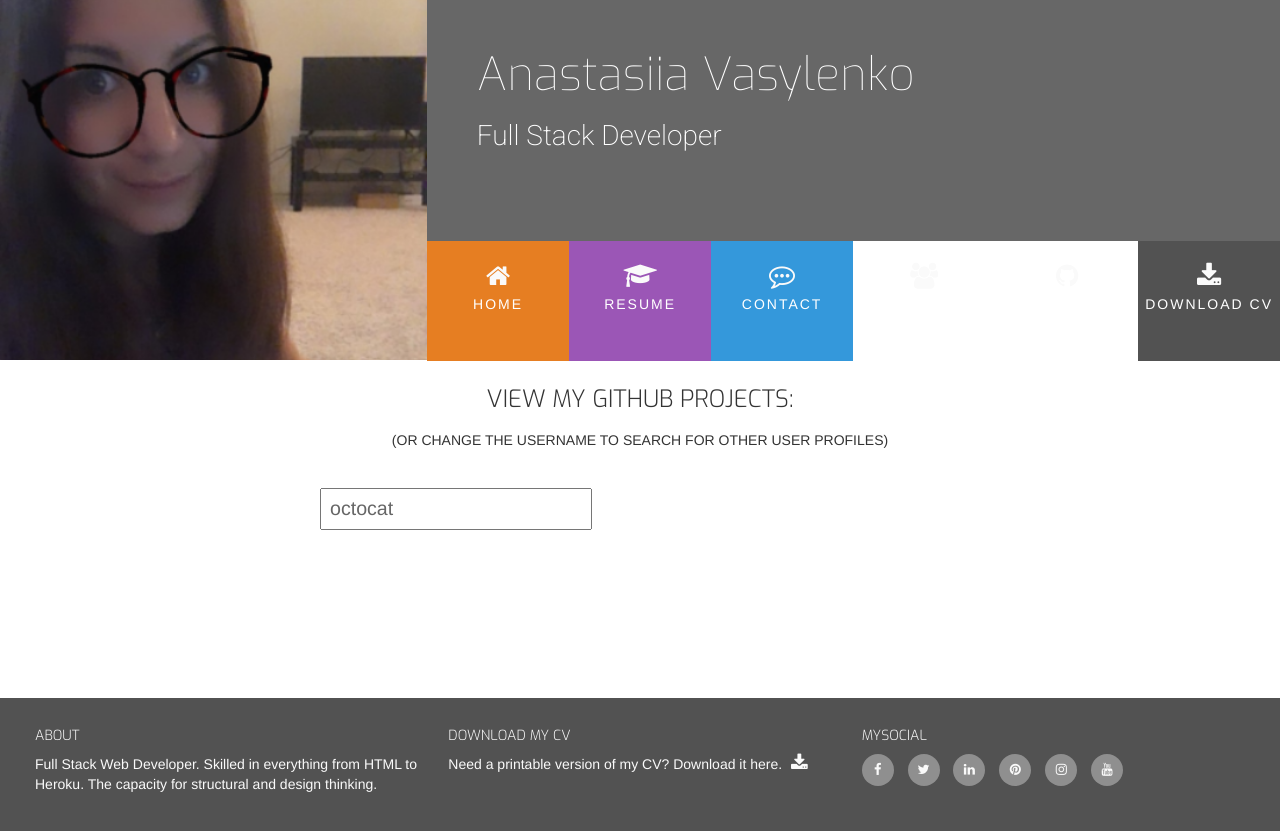
Repository: aavasylenko/myresume
Page: github.html
The author's editor kept a record of every edit. The page is drawn from the files as they stood at one moment, then again after the next edit.
The browser window is 1280 px wide. The pictures show the whole page.
The page's requests for data from a server got no answer. Some web libraries are served in a nearby version.

Above is the page before.

### github.html
<!DOCTYPE html>
<html lang="en-US">

<head>
    <meta charset="utf-8">
    <meta name="viewport" content="width=device-width, initial-scale=1">
    <title>Anastasiia Vasylenko</title>

    <link rel="stylesheet" href="https://maxcdn.bootstrapcdn.com/bootstrap/3.3.7/css/bootstrap.min.css" type="text/css" />
    <link rel="stylesheet" href="https://maxcdn.bootstrapcdn.com/font-awesome/4.7.0/css/font-awesome.min.css" type="text/css" />
    <link rel="stylesheet" href="https://cdnjs.cloudflare.com/ajax/libs/hover.css/2.1.1/css/hover-min.css" type="text/css" />
    <link rel="stylesheet" href="assets/css/github-styles.css" type="text/css">
    <link rel="stylesheet" href="assets/css/style.css" type="text/css" />

    <script src="https://ajax.googleapis.com/ajax/libs/jquery/3.2.1/jquery.min.js"></script>
</head>

<body>
    <header class="container-fluid">
        <div class="row">
            <a href="index.html">
                <div class="col-md-4 logo"></div>
            </a>
            <div class="col-md-8">
                <div class="row bg-color-name-title">
                    <div class="heading">
                        <h1 class="name">Anastasiia Vasylenko</h1>
                        <h2 class="title"> Full Stack Developer</h2>
                    </div>
                </div>
                <div class="row">
                    <ul id="nav" class="list-inline clearfix">
                        <li class="col-xs-6 col-sm-2 ui-menu-color-home menuitem">
                            <a href="index.html" class="hvr-sweep-to-bottom"><i class="fa fa-home" aria-hidden="true"></i><span>Home</span></a>
                        </li>
                        <li class="col-xs-6 col-sm-2 ui-menu-color-resume menuitem">
                            <a href="resume.html" class="hvr-sweep-to-bottom"><i class="fa fa-graduation-cap" aria-hidden="true"></i><span>Resume</span></a>
                        </li>
                        <li class="col-xs-6 col-sm-2 ui-menu-color-contact menuitem">
                            <a href="contact.html" class="hvr-sweep-to-bottom"><i class=" fa fa-commenting-o" aria-hidden="true"></i><span>Contact</span></a>
                        </li>
                        <li class="col-xs-6 col-sm-2 ui-menu-color-interests menuitem">
                            <a href="interests.html" class="hvr-sweep-to-bottom"><i class="fa fa-users" aria-hidden="true"></i><span>Interests</span></a>
                        </li>
                        <li class="col-xs-6 col-sm-2 ui-menu-color-github menuitem">
                            <a href="github.html" class="hvr-sweep-to-bottom"><i class="fa fa-github" aria-hidden="true"></i><span>GitHub</span></a>
                        </li>
                        <li class="col-xs-6 col-sm-2 ui-menu-color-download menuitem">
                            <a href="assets/cv/sample-cv.pdf" target="_blank" class="hvr-sweep-to-bottom"><i class="fa fa-download" aria-hidden="true"></i><span>Download CV</span></a>
                        </li>
                    </ul>
                </div>
            </div>
        </div>
    </header>
    <section class="container-fluid">
        <div class="row bg-color-contact">
            <div>
                <h3 class="contact-heading uppercase text-center">View My GitHub Projects:</h3>
                <h5 class="uppercase text-center">(or change the username to search for other user profiles)</h5>
            </div>

            <div class="center-form">
                <input type="text" id="gh-username" value="octocat" oninput="fetchGitHubInformation()">
                <div id="gh-user-data" class="clearfix"></div>
                <div id="gh-repo-data" class="clearfix"></div>
            </div>
        </div>
    </section>
    <footer class="container-fluid">
        <div id="footer-details" class="row">
            <div class="col-sm-4">
                <h5 class="uppercase general-sub">About</h5>
                <p class="inline-block">
                    Full Stack Web Developer. Skilled in everything from HTML to Heroku. The capacity for structural and design thinking.
                </p>
            </div>
            <div class="col-sm-4">
                <h5 class="uppercase general-sub">Download My CV</h5>
                <p class="inline-block">
                    Need a printable version of my CV? Download it here.
                    <a href="assets/cv/cv.pdf" target="_blank" class="cv-pdf"><i class="fa fa-download" aria-hidden="true"></i></a>
                </p>
            </div>
            <div class="col-sm-4">
                <h5 class="uppercase general-sub">MySocial</h5>
                <ul class="list-inline social-links">
                    <li><a target="_blank" href="#"><i class="fa fa-facebook"></i></a></li>
                    <li><a target="_blank" href="#"><i class="fa fa-twitter"></i></a></li>
                    <li><a target="_blank" href="#"><i class="fa fa-linkedin"></i></a></li>
                    <li><a target="_blank" href="#"><i class="fa fa-pinterest"></i></a></li>
                    <li><a target="_blank" href="#"><i class="fa fa-instagram"></i></a></li>
                    <li><a target="_blank" href="#"><i class="fa fa-youtube"></i></a></li>
                </ul>
            </div>
        </div>
    </footer>
</body>

</html>

### assets/css/github-styles.css
@import url('http://fonts.googleapis.com/css?family=Roboto');

br {
  display: block;
  line-height: 1.6em;
}



ol,
ul {
  list-style: none;
}

input,
textarea {
  -webkit-font-smoothing: antialiased;
  -webkit-text-size-adjust: 100%;
  -ms-text-size-adjust: 100%;
  -webkit-box-sizing: border-box;
  -moz-box-sizing: border-box;
  box-sizing: border-box;
  outline: none;
}

blockquote,
q {
  quotes: none;
}

blockquote:before,
blockquote:after,
q:before,
q:after {
  content: '';
  content: none;
}

strong,
b {
  font-weight: bold;
}

table {
  border-collapse: collapse;
  border-spacing: 0;
}

img {
  border: 0;
  max-width: 100%;
}



/* page structure */

#search-area {
  display: block;
  max-width: 70%;
  margin: 0 auto;
  background: #fff;
  padding: 15px 25px;
  -webkit-box-shadow: 1px 2px 3px -1px rgba(0, 0, 0, 0.4);
  -moz-box-shadow: 1px 2px 3px -1px rgba(0, 0, 0, 0.4);
  box-shadow: 1px 2px 3px -1px rgba(0, 0, 0, 0.4);
  -webkit-border-radius: 4px;
  -moz-border-radius: 4px;
  border-radius: 4px;
}

#gh-api-data {
  display: block;
  padding: 25px 0;
}

#loader {
  display: block;
  width: 200px;
  height: 200px;
  margin: 0 auto;
}


/* page content styles */

.small-name {
  font-size: 0.75em;
  color: #a9a9a9;
  font-style: italic;
}

.avi {
  float: left;
  margin-right: 7px;
  margin-bottom: 7px;
}

.avi img {
  border: 1px solid #ccc;
  padding: 3px;
}

.repo-list {
  display: block;
  clear: both;
  width: 100%;
}

.repo-list ul {
  font-size: 1.2em;
}

.repo-list ul li {
  display: block;
}

.repo-list ul li a {
  font-weight: bold;
  padding: 6px 9px;
  display: block;
  float: left;
  margin-right: 10px;
  margin-bottom: 10px;
  text-decoration: none;
  border: 1px solid #356492;
  -webkit-border-radius: 3px;
  -moz-border-radius: 3px;
  border-radius: 3px;
  color: #fff;
  background-color: #3673af;
  background-image: -webkit-gradient(linear, left top, left bottom, from(#5597d8), to(#3673af));
  background-image: -webkit-linear-gradient(top, #5597d8, #3673af);
  background-image: -moz-linear-gradient(top, #5597d8, #3673af);
  background-image: -ms-linear-gradient(top, #5597d8, #3673af);
  background-image: -o-linear-gradient(top, #5597d8, #3673af);
  background-image: linear-gradient(top, #5597d8, #3673af);
}

.repo-list ul li a:hover {
  background-color: #396895;
  background-image: -webkit-gradient(linear, left top, left bottom, from(#4b87c2), to(#396895));
  background-image: -webkit-linear-gradient(top, #4b87c2, #396895);
  background-image: -moz-linear-gradient(top, #4b87c2, #396895);
  background-image: -ms-linear-gradient(top, #4b87c2, #396895);
  background-image: -o-linear-gradient(top, #4b87c2, #396895);
  background-image: linear-gradient(top, #4b87c2, #396895);
}

.repo-list ul li a:active {
  -webkit-box-shadow: inset 0 3px 5px rgba(0, 0, 0, 0.25);
  -moz-box-shadow: inset 0 3px 5px rgba(0, 0, 0, 0.25);
  box-shadow: inset 0 3px 5px rgba(0, 0, 0, 0.25);
}

.repo-list ul li a span {
  font-family: "Courier New", Courier, "Lucida Typewriter", monospace;
  font-size: 0.9em;
}

/* input field */

#gh-username {
  display: block;
  padding: 5px 8px;
  font-size: 1.4em;
  color: #666;
  max-width: 550px;
  margin-bottom: 15px;
}

#gh-submit {
  display: inline-block;
  padding: 8px 18px;
  font-size: 14px;
  font-weight: bold;
  color: #444;
  text-decoration: none;
  text-shadow: 0 1px 0 rgba(255, 255, 255, 0.8);
  background-color: #eaeaea;
  background-image: -webkit-linear-gradient(#fafafa, #eaeaea);
  background-image: -moz-linear-gradient(#fafafa, #eaeaea);
  background-image: -ms-linear-gradient(top, #fafafa, #eaeaea);
  background-image: -o-linear-gradient(top, #fafafa, #eaeaea);
  background-image: linear-gradient(#fafafa, #eaeaea);
  border-radius: 3px;
  border: 1px solid #ddd;
  border-bottom-color: #c5c5c5;
  -webkit-box-shadow: 0 1px 3px rgba(0, 0, 0, 0.05);
  -moz-box-shadow: 0 1px 3px rgba(0, 0, 0, 0.05);
  box-shadow: 0 1px 3px rgba(0, 0, 0, 0.05);
}

#gh-submit:hover {
  background-color: #dadada;
  background-image: -webkit-linear-gradient(#eaeaea, #dadada);
  background-image: -moz-linear-gradient(#eaeaea, #dadada);
  background-image: -ms-linear-gradient(top, #eaeaea, #dadada);
  background-image: -o-linear-gradient(top, #eaeaea, #dadada);
  background-image: linear-gradient(#eaeaea, #dadada);
  border-color: #ccc #ccc #b5b5b5;
}

#gh-submit:active {
  background-color: #dadada;
  background-image: none;
  border-color: #b5b5b5;
  -webkit-box-shadow: inset 0 3px 5px rgba(0, 0, 0, 0.25);
  -moz-box-shadow: inset 0 3px 5px rgba(0, 0, 0, 0.25);
  box-shadow: inset 0 3px 5px rgba(0, 0, 0, 0.25);
}

### assets/css/style.css
@import url('https://fonts.googleapis.com/css?family=Roboto:100,200,300,400,500,600,700|Exo:100,200,300,400,500,600,700');

/*----------------------------Colors */

.bg-color-name-title {
    background-color: #676767;
}

.bg-color-three-reasons {
    background-color: #fff;

}

.bg-color-personal-info {
    background-color: #f4f4f4;
}

.bg-color-work-history {
    background-color: #9b56b6;
}

.bg-color-contact {
    background-color: #fff
}

.ui-menu-color-home {
    background-color: #e67e22;
}

.ui-menu-color-resume {
    background-color: #9b56b6;
}

.ui-menu-color-contact {
    background-color: #3498db;
}

.ui-menu-color-download {
    background-color: #525252;
}

/*----------------------------Special paddings/margins/text */

h1,
h2,
h3,
h4 {
    margin: 0;
}

.uppercase {
    text-transform: uppercase;
}

.general-sub {
    font-family: "Exo", sans-serif;
    font-weight: 300;
    color: #fafafa;
}

.inline-block {
    display: inline-block;
}

.row-table {
    display: table;
}

.section-column {
    display: table-cell;
    padding: 0 30px 30px;
    float: none;
}

.history-heading,
.section-heading {
    font-family: "Exo", sans-serif;
    font-weight: 300;
    margin-top: 25px;
    margin-bottom: 40px;
}

/*----------------------------Heading */

header {
    margin: 0;
}

.heading {
    margin-left: 50px;
}

.logo {
    background: url("../images/avatar.jpg");
    background-position: center;
    background-repeat: no-repeat;
    background-size: cover;
    min-height: 360px;
    transition: all .5s ease-in-out;
    -moz-transition: all .5s ease-in-out;
    -webkit-transition: all .5s ease-in-out;
}

.name {
    font-family: "Exo", sans-serif;
    font-weight: 100;
    font-size: 46px;
    margin-top: 50px;
    color: #fff;
}

.title {
    font-family: "Roboto", sans-serif;
    font-weight: 200;
    font-size: 28px;
    margin-top: 20px;
    margin-bottom: 90px;
    color: #fff;
}

.list-inline-item:not(:last-child) {
    margin: 0;
}

.menucontainer {
    font-size: 0;
}

#nav {
    margin: 0;
}

#nav li {
    font-size: 14px;
    padding: 0;
}

.menuitem {
    height: 120px;
    text-align: center;
    padding: 0;
}

.menuitem a {
    width: 100%;
    text-decoration: none;
    color: #fff;
    height: 120px;
}

.menuitem a i {
    padding-top: 22px;
    display: block;
    color: #fafafa;
    font-size: 26px;
}

.menuitem span {
    display: block;
    width: 100%;
    padding-top: 5px;
    text-align: center;
    text-transform: uppercase;
    font-size: 14px;
    font-weight: 300;
    letter-spacing: 2px;
}

/*----------------------------Hover.css */

.hvr-sweep-to-bottom:before {
    background-color: rgba(0, 0, 0, 0.2);
    height: 120px;
}

/*----------------------------Footer */

footer {
    background-color: #525252;
    color: #fafafa;
    min-height: 120px;
    margin: 0;
}

.cv-pdf i {
    font-size: 18px;
    color: #fafafa;
    text-align: center;
    padding-left: 5px;
    transition: all 0.35s ease-in-out;
    -moz-transition: all 0.35s ease-in-out;
    -webkit-transition: all 0.35s ease-in-out;
    -o-transition: all 0.35s ease-in-out;
}

.cv-pdf i:hover {
    color: #e84610;
}

.social-links {
    padding-bottom: 15px;
}

.social-links li a i {
    width: 32px;
    height: 32px;
    padding: 12px 0;
    border-radius: 50%;
    font-size: 13px;
    line-height: 7px;
    text-align: center;
    color: #fafafa;
    background: #8f8f8f;
    transition: all 0.35s ease-in-out;
    -moz-transition: all 0.35s ease-in-out;
    -webkit-transition: all 0.35s ease-in-out;
    -o-transition: all 0.35s ease-in-out;
}

.social-links li a i:hover {
    background: #e84610;
}

#footer-details {
    padding: 20px;
}

/*----------------------------Three Reasons */

.three-reasons-icon {
    font-size: 26px;
    color: #e67e22;
}

.three-reasons-heading {
    margin-bottom: 15px;
}

/*----------------------------Personal Info */

.personal-info-item {
    margin-bottom: 20px;
    display: block;
    clear: both;
}

.personal-info-item .key,
.personal-info-item .value {
    padding-right: 8px;
    display: inline-block;
}

.personal-info-item .key p,
.personal-info-item .value p {
    margin: 0;
}

.personal-info-item .key {
    width: 30%;
    margin-right: 21px;
    padding-top: 2px;
    vertical-align: top;
}

.personal-info-item .key p {
    font-weight: 700;
}

.personal-info-item .value {
    width: 60%;
    position: relative;
}

/*----------------------------Skills */

.progress {
    position: relative;
    height: 25px;
    margin-bottom: 4px;
}

.progress-type {
    position: absolute;
    left: 0px;
    font-weight: 400;
    padding: 3px 30px 2px 10px;
    color: #fafafa;
    background-color: rgba(25, 25, 25, 0.2);
}

.progress-section {
    margin: 40px 20px;
}

/*----------------------------Work History */

.history-heading {
    color: #fafafa;
    margin-bottom: 50px;
}

.timeline-item {
    padding: 4em 2em 0em 2em;
    position: relative;
    color: #fafafa;
    border-left: 1px solid;
}

.timeline-item p {
    padding: 0;
    margin: 0;
}

.timeline-item:before {
    content: attr(data-dates);
    position: absolute;
    left: 2.5em;
    top: 3em;
    display: block;
    font-family: "Exo", sans-serif;
    font-weight: 500;
    font-size: 0.8em;
    padding: 0;
    margin: 0;
}

.timeline-item:after {
    width: 12px;
    height: 12px;
    display: block;
    top: 2.4em;
    position: absolute;
    left: -6px;
    border-radius: 12px;
    content: '';
    background: #fafafa;
}

.history-items {
    margin-bottom: 30px;
}

/*----------------------------Contact Form */

.contact-heading {
    font-family: "Exo", sans-serif;
    font-weight: 300;
    margin-top: 25px;
    margin-bottom: 20px;
}

.center-form {
    padding-top: 10px;
    margin: 0 auto;
    max-width: 70%;
}

button[type="submit"] {
    margin-top: 15px;
    margin-bottom: 20px;
    color: #fafafa;
    background-color: #e84610;
}

/*----------------------------Media Queries */

@media(min-width: 992px) {
    .center-form {
        padding-top: 30px;
        min-height: 240px;
        margin: 0 auto;
        max-width: 50%;
    }
}

### assets/js/github-information.js
function userInformationHTML(user) {
    return `
        <h2>${user.name}
            <span class="small-name">
                (@<a href="${user.html_url}" target="_blank">${user.login}</a>)
            </span>
        </h2>
        <div class="gh-content">
            <div class="gh-avatar">
                <a href="${user.html_url}" target="_blank">
                    <img src="${user.avatar_url}" width="80" height="80" alt="${user.login}" />
                </a>
            </div>
            <p>Followers: ${user.followers} - Following ${user.following} <br> Repos: ${user.public_repos}</p>
        </div>`;
}

function repoInformationHTML(repos) {
    if (repos.length == 0) {
        return `<div class="clearfix repo-list">No repos!</div>`;
    }

    var listItemsHTML = repos.map(function(repo) {
        return `<li>
                    <a href="${repo.html_url}" target="_blank">${repo.name}</a>
                </li>`;
    });

    return `<div class="clearfix repo-list">
                <p>
                    <strong>Repo List:</strong>
                </p>
                <ul>
                    ${listItemsHTML.join("\n")}
                </ul>
            </div>`;
}

function fetchGitHubInformation(event) {
    $("#gh-user-data").html("");
    $("#gh-repo-data").html("");

    var username = $("#gh-username").val();
    if (!username) {
        $("#gh-user-data").html(`<h2>Please enter a GitHub username</h2>`);
        return;
    }

    $("#gh-user-data").html(
        `<div id="loader">
            <img src="assets/css/loader.gif" alt="loading..." />
        </div>`);

    $.when(
        $.getJSON(`https://api.github.com/users/${username}`),
        $.getJSON(`https://api.github.com/users/${username}/repos`)
    ).then(
        function(firstResponse, secondResponse) {
            var userData = firstResponse[0];
            var repoData = secondResponse[0];
            $("#gh-user-data").html(userInformationHTML(userData));
            $("#gh-repo-data").html(repoInformationHTML(repoData));
        },
        function(errorResponse) {
            if (errorResponse.status === 404) {
                $("#gh-user-data").html(
                    `<h2>No info found for user ${username}</h2>`);
            } else {
                console.log(errorResponse);
                $("#gh-user-data").html(
                    `<h2>Error: ${errorResponse.responseJSON.message}</h2>`);
            }
        });
}

$(document).ready(fetchGitHubInformation);

After the next edit:
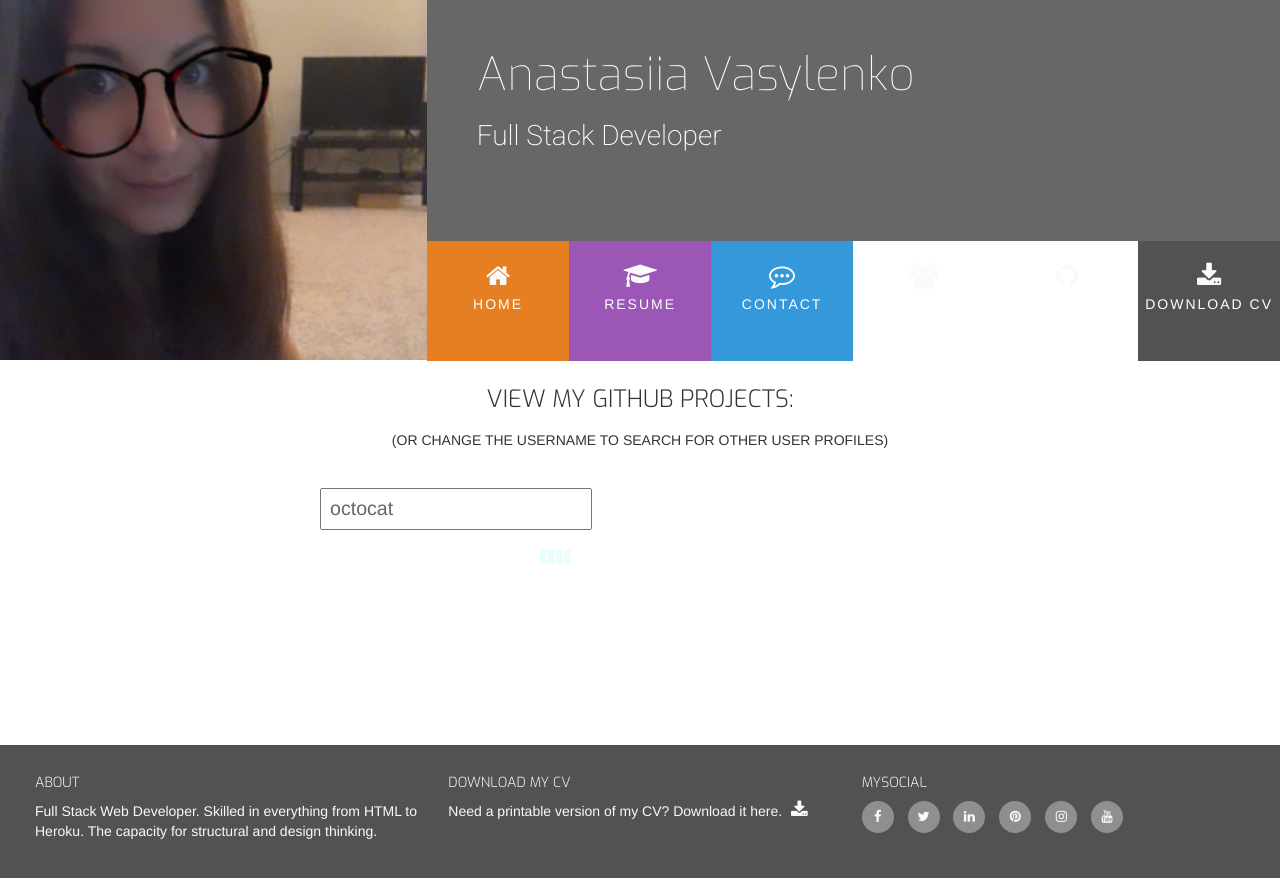
The edit:
--- a/github.html
+++ b/github.html
@@ -13,6 +13,8 @@
     <link rel="stylesheet" href="assets/css/style.css" type="text/css" />
 
     <script src="https://ajax.googleapis.com/ajax/libs/jquery/3.2.1/jquery.min.js"></script>
+    <script type="text/javascript" src="assets/js/github-information.js"></script>
+    <title>Anastasiia Vasylenko</title>
 </head>
 
 <body>
